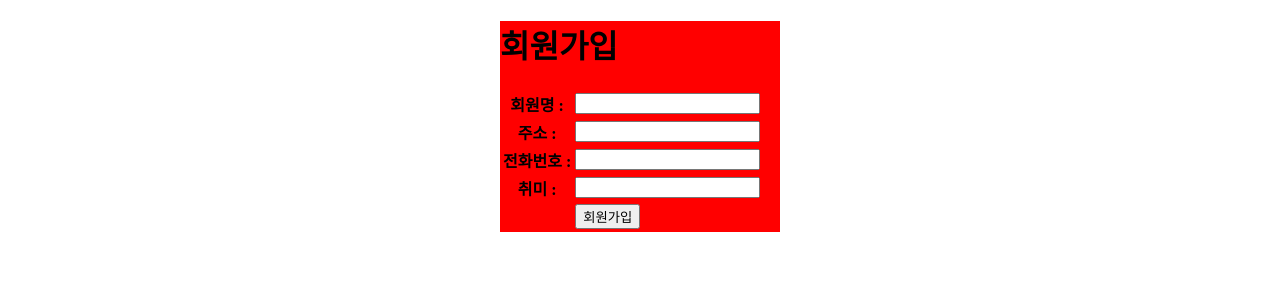
Repository: nameisris/jsp_workspace
Page: JspProject/src/main/webapp/memReg.html
These files come from the project's save history. The page is drawn as it stood at one moment and after the next save; the edit follows.
The browser window is 1280 px wide. The pictures show the whole page.

Above is the page before, as saved 2023-09-19 05:24:31.

### JspProject/src/main/webapp/memReg.html
<!DOCTYPE html>
<html>
<head>
<meta charset="UTF-8">
<title>Insert title here</title>
<style type="text/css">
	body { margin:auto; }
	div {
		width: 280px;
		background-color: red;
		margin: auto;
		padding: auto;
	}
</style>
</head>
<body>
<div>
<h1>회원가입</h1>
<form>
	<table>
		<tr><th>회원명 : </th><td><input type="text" name="name"/></td></tr>
		<tr><th>주소 : </th><td><input type="text" name="address"/></td></tr>
		<tr><th>전화번호 : </th><td><input type="text" name="tel"/></td></tr>
		<tr><th>취미 : </th><td><input type="text" name="hobby"/></td></tr>
		<tr><td></td><td><input type="submit" value="회원가입"/></td></tr>
	</table>
</form>
</div>
</body>
</html>

After the next save:
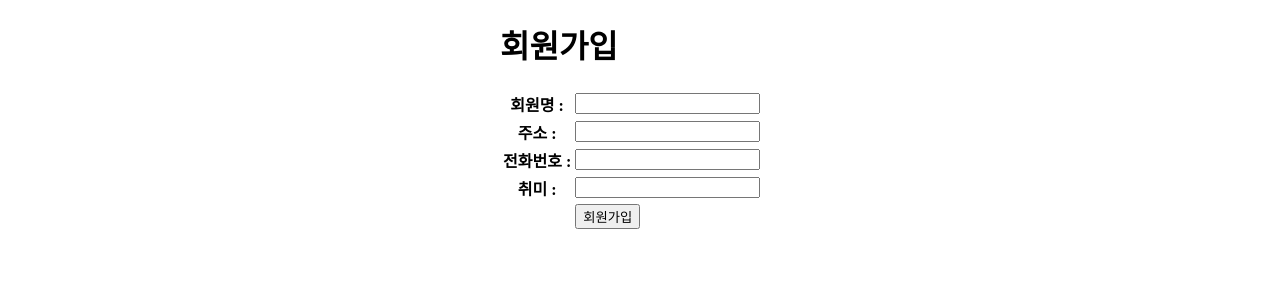
Saved 10 s later.
--- a/JspProject/src/main/webapp/memReg.html
+++ b/JspProject/src/main/webapp/memReg.html
@@ -7,9 +7,7 @@
 	body { margin:auto; }
 	div {
 		width: 280px;
-		background-color: red;
 		margin: auto;
-		padding: auto;
 	}
 </style>
 </head>
